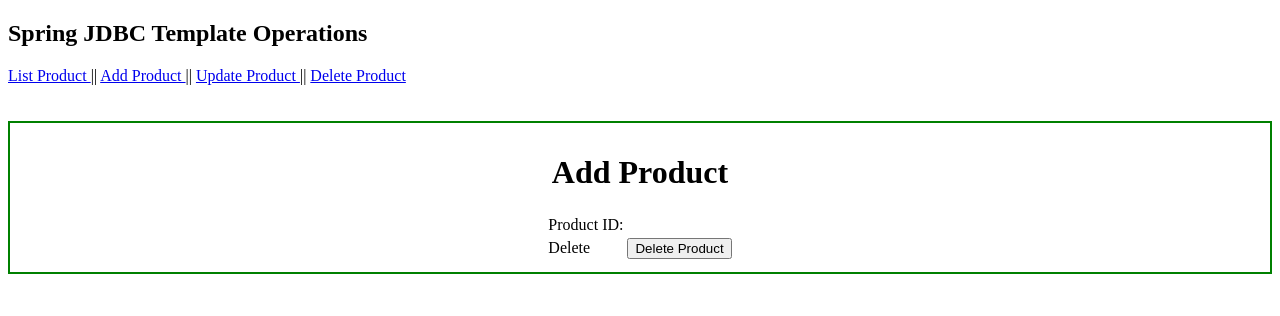
Repository: AnushkaSharma9/Make-an-E-commerce-Website-For-SportyShoes-sportyshoes
Page: http://localhost/phase3-Project-SportyShoes-Webappplication/WEB-INF/view/delete-user.jsp
An editor plug-in stored every save of this project. The page is shown before and after the next save, followed by the edit.
The browser window is 1280 px wide. The pictures show the whole page.
The page is served by Tomcat 9. Nobody is signed in. The template is opened directly, without the code that normally fills it, so the values that code supplies are empty.

Above is the page before, as saved 2021-10-25 09:10:21.

After the next save:
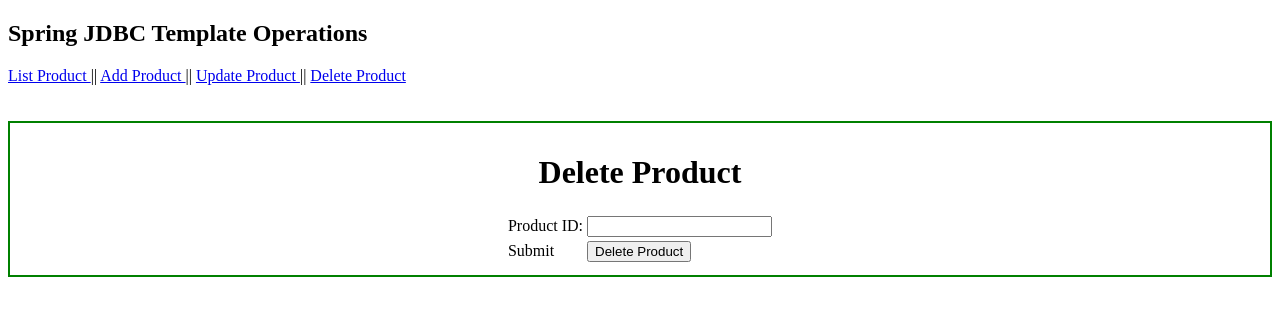
Saved 64 s later.
--- a/phase3-Project-SportyShoes-Webappplication/src/main/webapp/WEB-INF/view/delete-user.jsp
+++ b/phase3-Project-SportyShoes-Webappplication/src/main/webapp/WEB-INF/view/delete-user.jsp
@@ -1,29 +1,34 @@
-<%@ page language="java" contentType="text/html; charset=ISO-8859-1"
-    pageEncoding="ISO-8859-1"%>
+<%@ page language="java" contentType="text/html; charset=UTF-8"
+	pageEncoding="UTF-8"%>
+<%@ taglib uri="http://www.springframework.org/tags/form" prefix="form"%>
+<%@ taglib uri="http://java.sun.com/jsp/jstl/core" prefix="core"%>
+
 <!DOCTYPE html>
 <html>
 <head>
-<meta charset="ISO-8859-1">
-<title>Insert title here</title>
+<meta charset="UTF-8">
+<title>Delete Product</title>
 </head>
 <body>
 
-  <jsp:include page="index.jsp"></jsp:include>
+	<jsp:include page="index.jsp"></jsp:include>
 
 	<div align="center" style="border: 2px solid green;padding :10px;" >
-		<h1>Add Product</h1>
-		<form:form action=delete-product" method="post" modelAttribute="eProduct" >
+		<h1>Delete Product</h1>
+		<form:form action="delete-product" method="post" modelAttribute="eProduct" >
 			<table border="0">
 				<tr>
 					<td>Product ID:</td>
 					<td><form:input path="id" /></td>
 				</tr>
 
+
 				<tr>
-					<td>Delete</td>
+					<td>Submit</td>
 					<td><input type="submit" value="Delete Product" /></td>
 				</tr>
-				</table>
-				</form:form></div>
+			</table>
+		</form:form>
+	</div>
 </body>
 </html>
